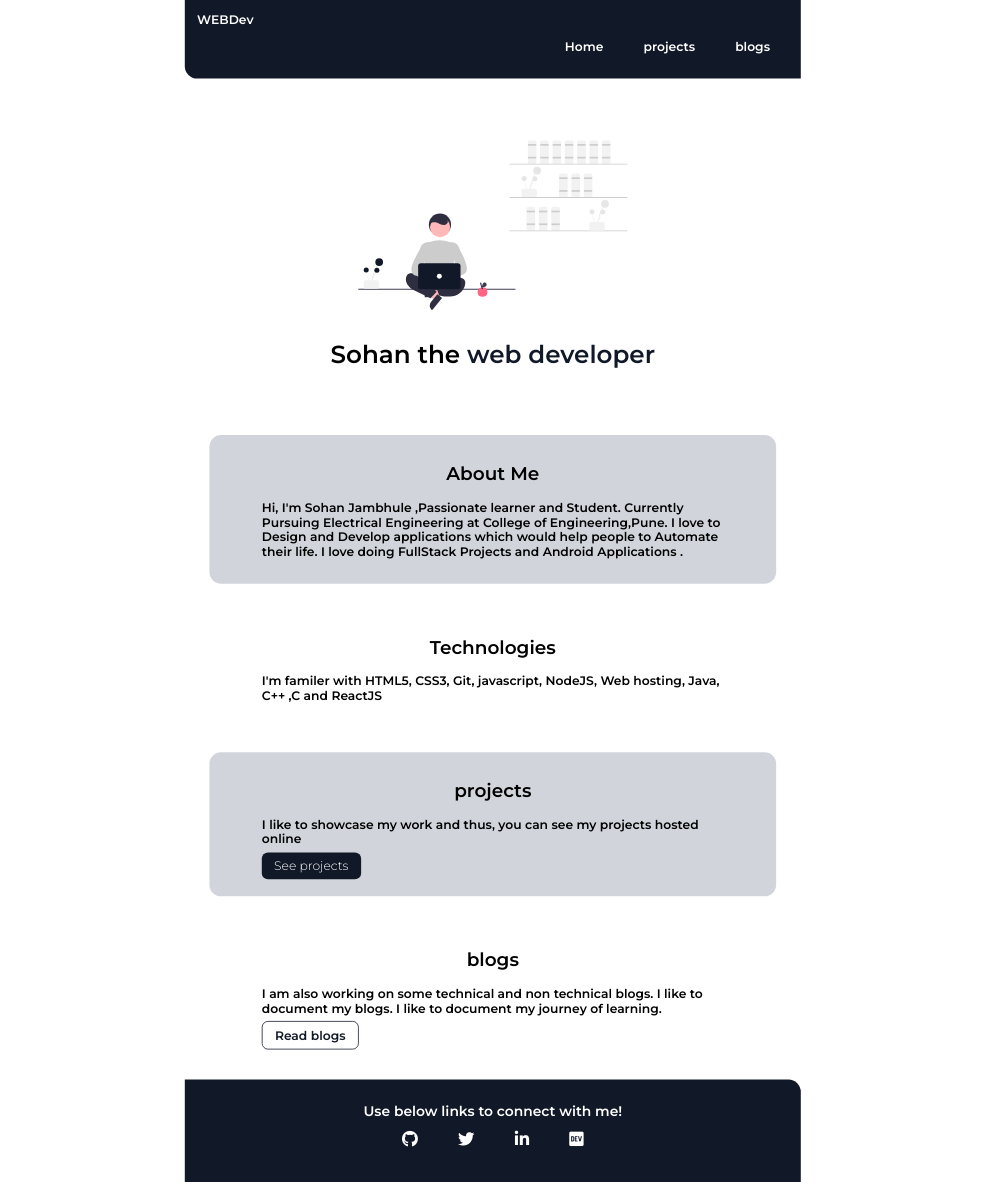
Repository: sohan2503001/Portfolio
Page: index.html
These files come from the project's save history. The page is drawn as it stood at one moment and after a run of saves; the edit follows.
The browser window is 1280 px wide. The pictures show the whole page, at 77% of full size.

Above is the page before, as saved 2021-05-26 11:55:01.

### index.html
<!DOCTYPE html>
<html lang="en">

<head>
  <meta charset="UTF-8" />
  <meta name="viewport" content="width=device-width, initial-scale=1.0" />
  <title>home | Sohan Jambhule</title>
  <link rel="stylesheet" href="style.css" />
  <link rel="stylesheet" href="https://cdnjs.cloudflare.com/ajax/libs/font-awesome/5.15.1/css/all.min.css">
  <link rel="stylesheet" href="https://cdn.jsdelivr.net/npm/boxicons@latest/css/boxicons.min.css">
  <link rel="icon" href="images/favicon.svg" sizes="any" type="image/svg+xml">

</head>

<body>

  <nav class="navigation container">
    <div class="nav-brand">WEBDev</div>
    <ul class="list-non-bullet nav-pills">
      <li class="list-item-inline">
        <a class="link link-active" href="/">Home</a>
      </li>
      <li class="list-item-inline">
        <a class="link link-active" href="projects.html">projects</a>
      </li>
      <li class="list-item-inline">
        <a class="link link-active" href="blogs.html">blogs</a>
      </li>
    </ul>
  </nav>

  <header class="hero">
    <img class="hero-img" src="images/hero.svg" alt="" />
    <h1 class="hero-heading">
      Sohan the <span class="heading-inverted"> web developer</span>
    </h1>
  </header>

  <section class="section ow">
    <div class="container container-center">
      <h1>About Me</h1>
      <p>
        Hi, I'm Sohan Jambhule ,Passionate learner and Student.
        Currently Pursuing Electrical Engineering at College of Engineering,Pune.
        I love to Design and Develop applications which would help people to Automate their life.
        I love doing FullStack Projects and Android Applications .
      </p>
    </div>
  </section>

  <section class="section">
    <div class="container container-center">
      <h1>Technologies</h1>
      <p>
        I'm familer with HTML5, CSS3, Git, javascript, NodeJS, Web hosting,
        Java, C++ ,C and ReactJS
      </p>
    </div>
  </section>

  <section class="section ow" style="padding-bottom: 30px;">
    <div class="container container-center">
      <h1>projects</h1>
      <p>
        I like to showcase my work and thus, you can see my projects hosted
        online
      </p>
      <a class="link link-primary" href="projects.html">See projects</a>
    </div>
  </section>

  <section class="section ">
    <div class="container container-center">
      <h1>blogs</h1>
      <p>
        I am also working on some technical and non technical blogs. I like to
        document my blogs. I like to document my journey of learning.
      </p>
      <a class="link link-secondary" href="blogs.html">Read blogs</a>
    </div>
  </section>

  <footer class="footer">

    <div class="footer-header">Use below links to connect with me!</div>
    <ul class="social-links list-non-bullet">
      <li class="list-item-inline">
        <a class="link" href="https://github.com/sohan2503001" target="_blank"><i class="fab fa-github fa-lg" aria-hidden="true"></i>
        </a>
      </li>
      <li class="list-item-inline">
        <a class="link" href="https://twitter.com/JambhuleSohan" target="_blank"><i class="fab fa-twitter fa-lg"></i>
        </a>
      </li>
      <li class="list-item-inline">
        <a class="link" href="https://www.linkedin.com/in/sohan-jambhule-144528198/" target="_blank"><i class="fab fa-linkedin-in fa-lg"></i>
        </a>
      </li>
      <li class="list-item-inline">
        <a class="link" href="https://dev.to/sohan25" target="_blank"><i class="fab fa-dev fa-lg"></i>
        </a>
      </li>
    </ul>

  </footer>

</body>
</html>

### style.css
@import url('https://fonts.googleapis.com/css2?family=Montserrat:wght@300;600&display=swap');

:root{
    --primary-color: #111827;
    --dark-gray: #4B5563;
    --off-white: #D1D5DB;
}

body {
    font-family: 'Montserrat', sans-serif;
    margin: auto;
    max-width: 800px;
    width: 100%;
}

hr{
    margin: 2rem 0rem;
}

/** container **/
.container{
    padding: 0rem 1rem;
}

.container-center{
    max-width: 600px;
    margin: auto;
}

/** links **/
.link{
    text-decoration: none;
    padding: 0.5rem 1rem;
    /*margin: 1rem 0rem 1rem 0rem;*/
}

.link-primary{
    background-color: var(--primary-color);
    border-radius: 0.5rem;
    color:white;
}

.link-secondary{
    color: var(--primary-color);
    border-radius: 0.5rem;
    border: 1px solid var(--primary-color);
    font-weight: bold;
}

/** lists **/

.list-non-bullet{
    list-style: none;
}

.list-item-inline{
    display: inline;
    padding: 0rem 0.5rem;
}

/** navigation **/

.navigation{
    background-color: var(--primary-color);
    color: white;
    padding: 1rem;
    border-bottom-left-radius: 1rem;
}

.navigation .nav-brand{
    font-weight: bold;
}

.navigation .nav-pills{
    text-align: right;
}

.navigation .link{
    color: white;
}

.navigation .link-active{
    font-weight: bold;
}

/**header **/

.hero{
    padding: 2rem;
    padding-top: 5rem;
}

.hero .hero-img{
    max-width: 350px;
    display: block;
    margin: auto;
}

.hero .hero-heading{
    padding-top: 1rem;
    color: var(--dark-red);
    text-align: center;
}

.hero .hero-heading .heading-inverted{
    color: var(--primary-color)
}

/** section **/
.section{
    padding: 1rem;
    border-radius: 15px;
    margin: 2rem;
}

.section h1{
    text-align: center;
    font-weight: bolder;
}

.ow {
    background-color: var(--off-white);
}

.section p{
    font-weight: bold;
}

/**footer **/

.footer{
    background-color: var(--primary-color);
    padding: 1rem;
    text-align: center;
    color: white;
    border-top-right-radius: 1rem;
    padding: 30px 0;
}

.footer .link{
    color: white;
}

.footer .footer-header{
    font-weight: bold;
    font-size: large;
}

.footer ul{
    padding-inline-start: 0px;
}

/**Projects**/
.box-contain{
    border: 2px solid var(--primary-color);
    padding: 1.5rem;
    border-top-left-radius: 15px;
    border-bottom-right-radius: 15px;
    margin: auto;
    margin-top: 1rem;
    margin-right: 1rem;
}

.link-button{
    display: flex;
}

.name-link{
    margin-right: 0.5rem;
}

After the next 3 saves:
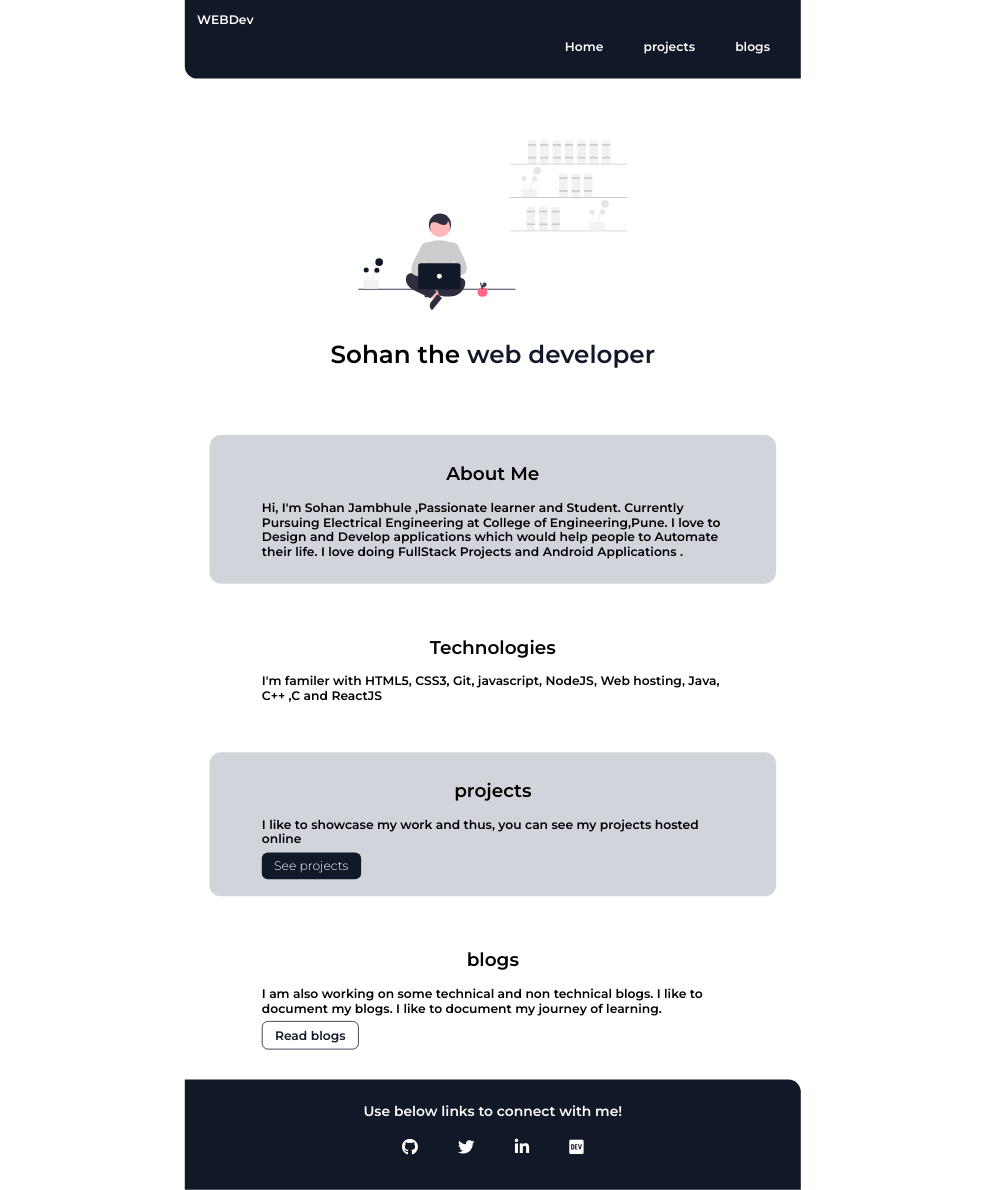
The 3 saves are shown as one change because they came seconds apart.
The last was saved 29 s later.
--- a/style.css
+++ b/style.css
@@ -143,7 +143,7 @@ hr{
 
 .footer .footer-header{
     font-weight: bold;
-    font-size: large;
+    font-size: large;padding-bottom: 10px;
 }
 
 .footer ul{
